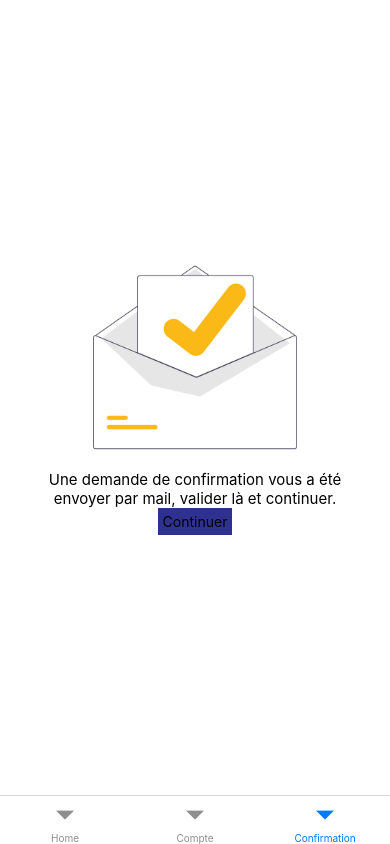
Repository: Norlan-20/Last-Afrilink
Screen: /Confirmation
These files come from the project's save history. The screen is drawn as it stood at one moment and after the next save; the edit follows.
The app was drawn by React Native's web renderer in a window 390 px wide. The project was rebuilt for these pictures with package versions that can differ from the ones it lists, and the page was loaded fresh each time. Also part of the build but not shown: screen/User.js.

Above is the screen before, as saved 2021-09-24 22:15:12.

After the next save:
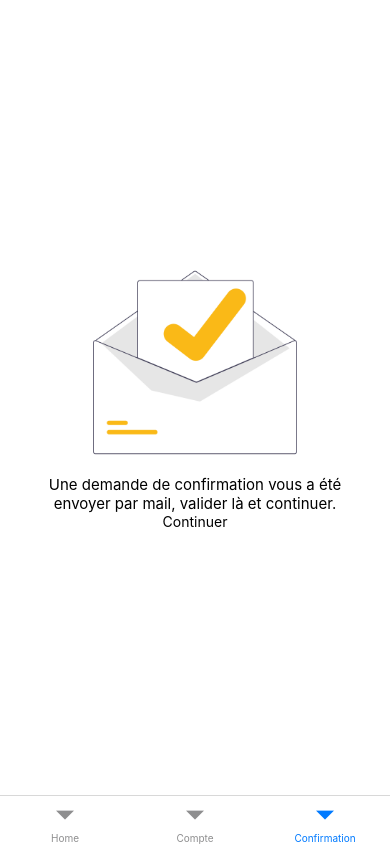
Saved 37 s later.
--- a/component/button.js
+++ b/component/button.js
@@ -6,7 +6,7 @@ const primary = '#2e3190';
 
 export const Continuer = (width) => {
     return(
-        <TouchableOpacity style={{width: width / 5, backgroundColor: primary, padding: 5, flexDirection: 'row', justifyContent: 'center' }}>
+        <TouchableOpacity >
             <Text>Continuer</Text>
         </TouchableOpacity>
     );
